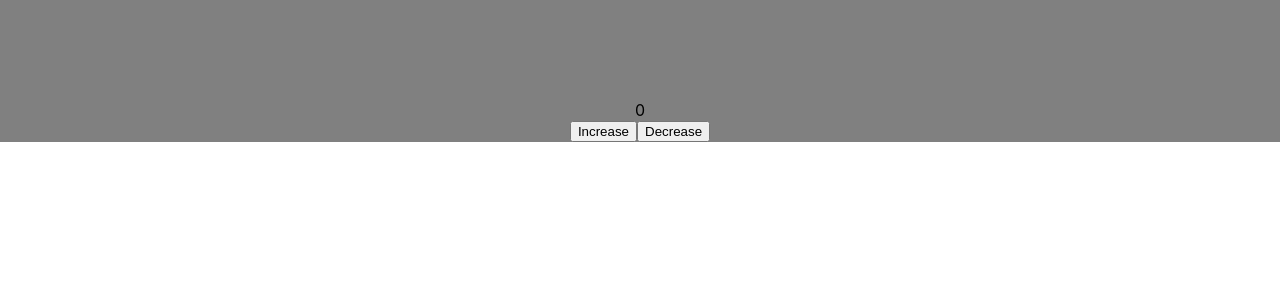
Repository: Marwa-Medhat/ReactJS-Labs
Page: / (app in myapp/)
The author's editor kept a copy of each file at every save. The page is drawn from the files as they stood at one save, then again after the next save.
The browser window is 1280 px wide. The pictures show the whole page.
The project was rebuilt for these pictures with package versions that can differ from the ones it lists, and the page was loaded fresh each time.

Above is the page before, as saved 2021-04-25 15:08:20.

After the next save:
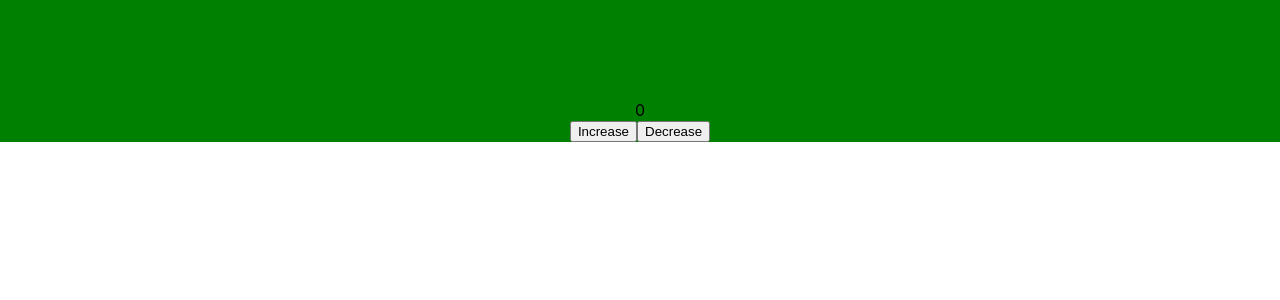
Saved 72 s later.
--- a/myapp/src/App.js
+++ b/myapp/src/App.js
@@ -34,15 +34,12 @@ import React, { Component } from 'react';
     }
 
 class App extends React.Component{
-  //  let style = {
 
-  //   padding: 50,
-  //  }
   render(){
   return (
 
     <div className="App"  >
-   <div style={{ paddingTop: 100, backgroundColor:'grey'}}><Counter  /></div>
+   <div style={{ paddingTop: 100, backgroundColor:'green'}}><Counter  /></div>
    </div>
 
 
